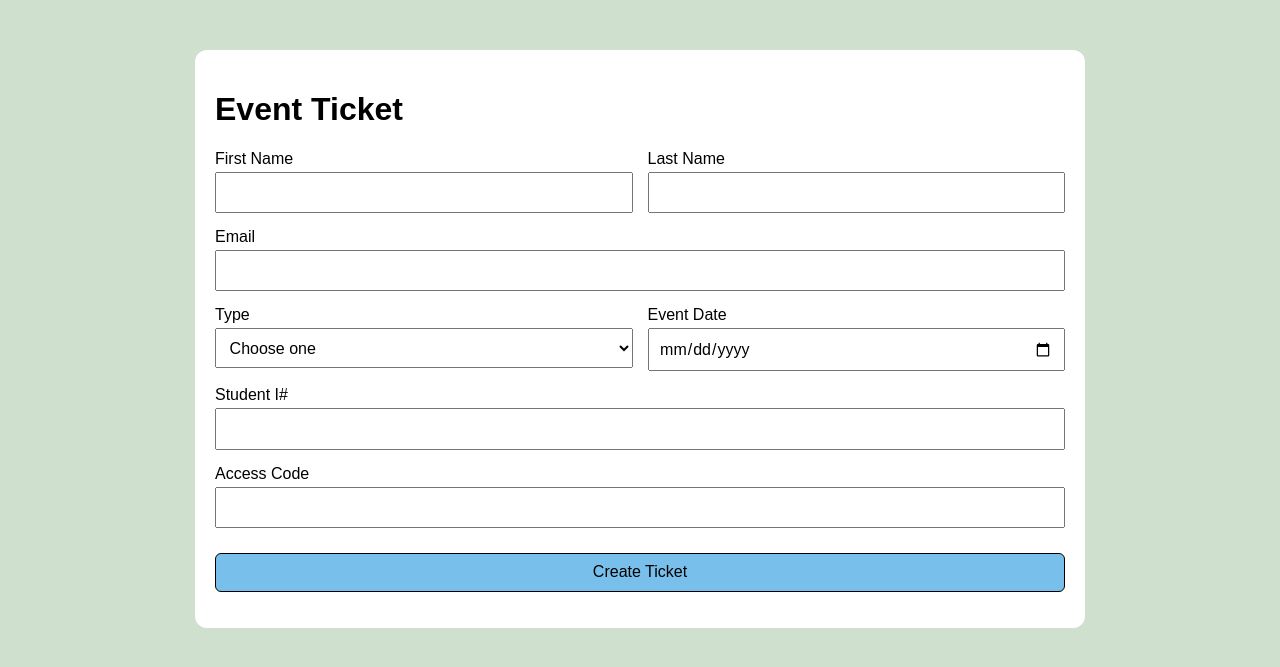
Repository: auqs/wdd131
Page: eventform/index.html
These files come from the project's save history. The page is drawn as it stood at one moment and after the next save; the edit follows.
The browser window is 1280 px wide. The pictures show the whole page.

Above is the page before, as saved 2026-06-06 23:41:23.
Not found: eventform/script.js

### eventform/index.html
<!DOCTYPE html>
<html lang="en">
<head>
  <meta charset="UTF-8" />
  <meta name="viewport" content="width=device-width, initial-scale=1.0" />
  <title>Event Ticket</title>
  <link rel="stylesheet" href="styles.css" />
  <script src="script.js" defer></script>
</head>
<body>
  <main class="wrapper">
    <h1>Event Ticket</h1>

    <form id="ticketForm">
      <div class="field">
        <label for="firstName">First Name</label>
        <input id="firstName" name="firstName" type="text" required />
      </div>

      <div class="field">
        <label for="lastName">Last Name</label>
        <input id="lastName" name="lastName" type="text" required />
      </div>

      <div class="field full">
        <label for="email">Email</label>
        <input id="email" name="email" type="email" required />
      </div>

      <div class="field">
        <label for="type">Type</label>
        <select id="type" name="type" required>
          <option value="">Choose one</option>
          <option value="student">Student</option>
          <option value="guest">Guest</option>
        </select>
      </div>

      <div class="field">
        <label for="eventDate">Event Date</label>
        <input id="eventDate" name="eventDate" type="date" required />
      </div>

      <div class="field full" id="studentIdField" hidden>
        <label for="studentId">Student I#</label>
        <input id="studentId" name="studentId" type="text" maxlength="9" />
      </div>

      <div class="field full" id="accessCodeField" hidden>
        <label for="accessCode">Access Code</label>
        <input id="accessCode" name="accessCode" type="text" />
      </div>

      <button class="full" type="submit">Create Ticket</button>
    </form>

    <section id="output" aria-live="polite"></section>
  </main>
</body>
</html>

### eventform/styles.css
body {
  font-family: Arial, sans-serif;
  background: #cfe0cf;
  margin: 0;
}

.wrapper {
  max-width: 850px;
  margin: 50px auto;
  padding: 20px;
  background: white;
  border-radius: 12px;
}

form {
  display: grid;
  grid-template-columns: 1fr 1fr;
  gap: 15px;
}

.field {
  display: flex;
  flex-direction: column;
  gap: 0.25rem;
}

.full {
  grid-column: 1 / 3;
}

input,
select,
button {
  padding: 0.6rem;
  font: inherit;
}

button {
  background: #78c0eb;
  border: 1px solid black;
  border-radius: 6px;
  cursor: pointer;
  margin-top: 10px;
  transition: background 0.3s ease;
}

button:hover {
  background: #7caef8;
}

#output {
  margin-top: 1rem;
  font-weight: bold;
}

After the next save:
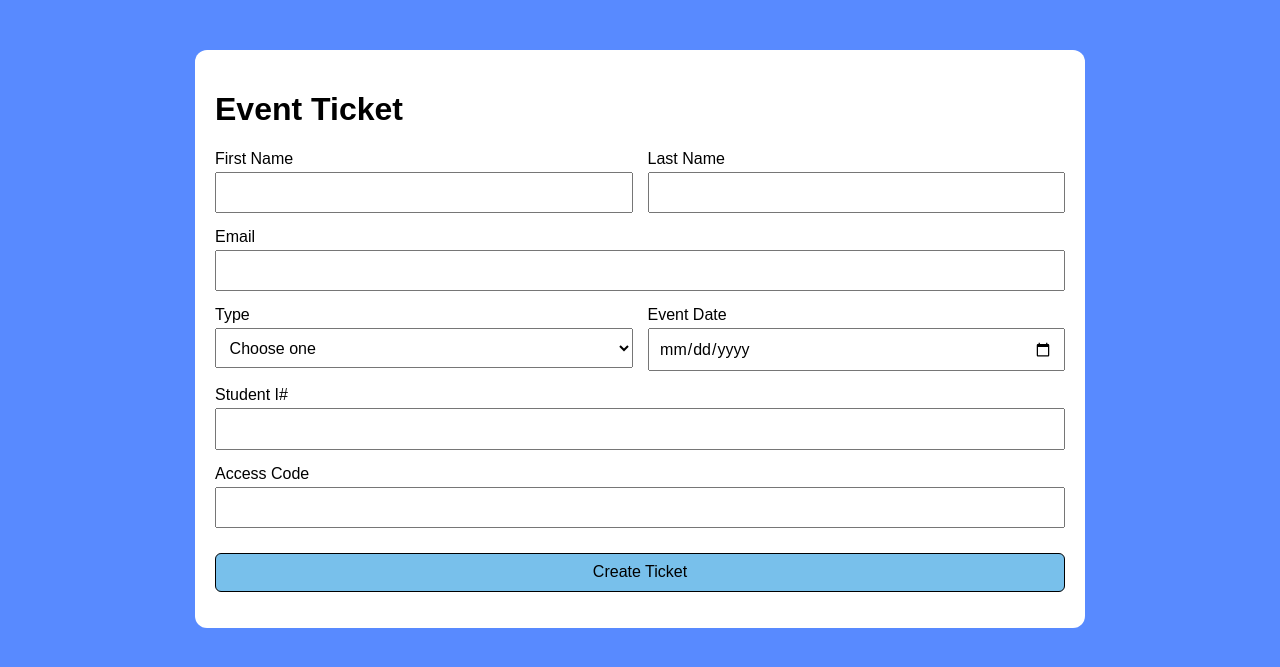
Saved 23 s later.
--- a/eventform/styles.css
+++ b/eventform/styles.css
@@ -1,6 +1,6 @@
 body {
   font-family: Arial, sans-serif;
-  background: #cfe0cf;
+  background: #588aff;
   margin: 0;
 }
 
